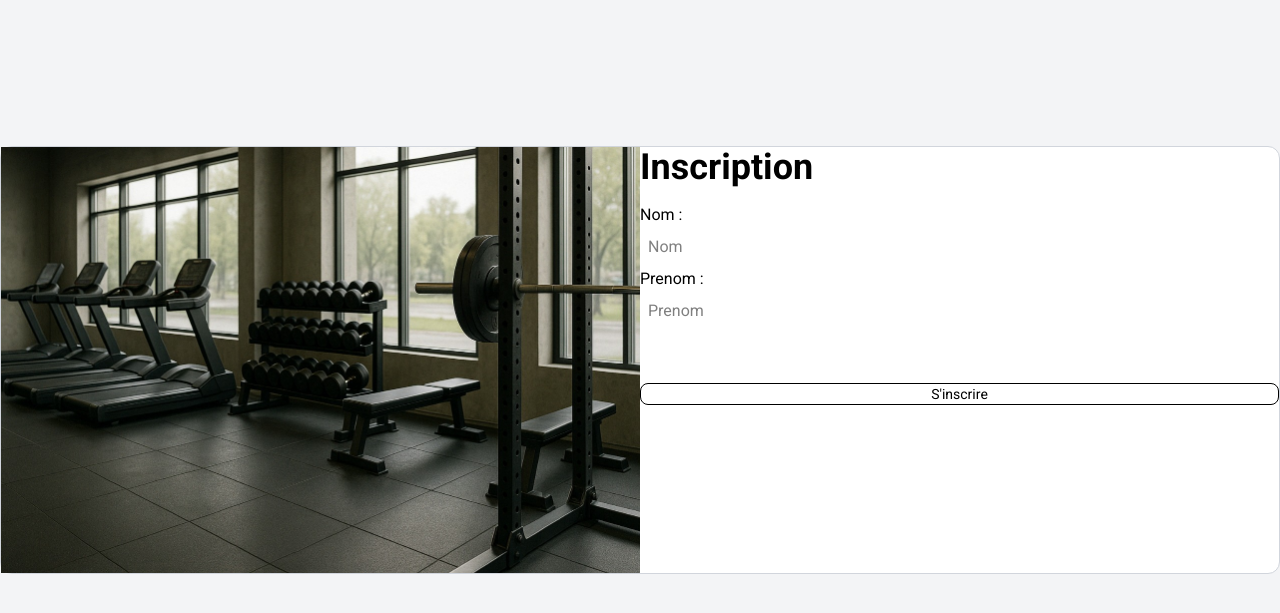
Repository: fahchouchsm/clubSportifWeb
Page: src/pages/inscription.html
The author's editor kept a copy of each file at every save. The page is drawn from the files as they stood at one save, then again after the next save.
The browser window is 1280 px wide. The pictures show the whole page.

Above is the page before, as saved 2025-04-16 19:16:30.

After the next save:
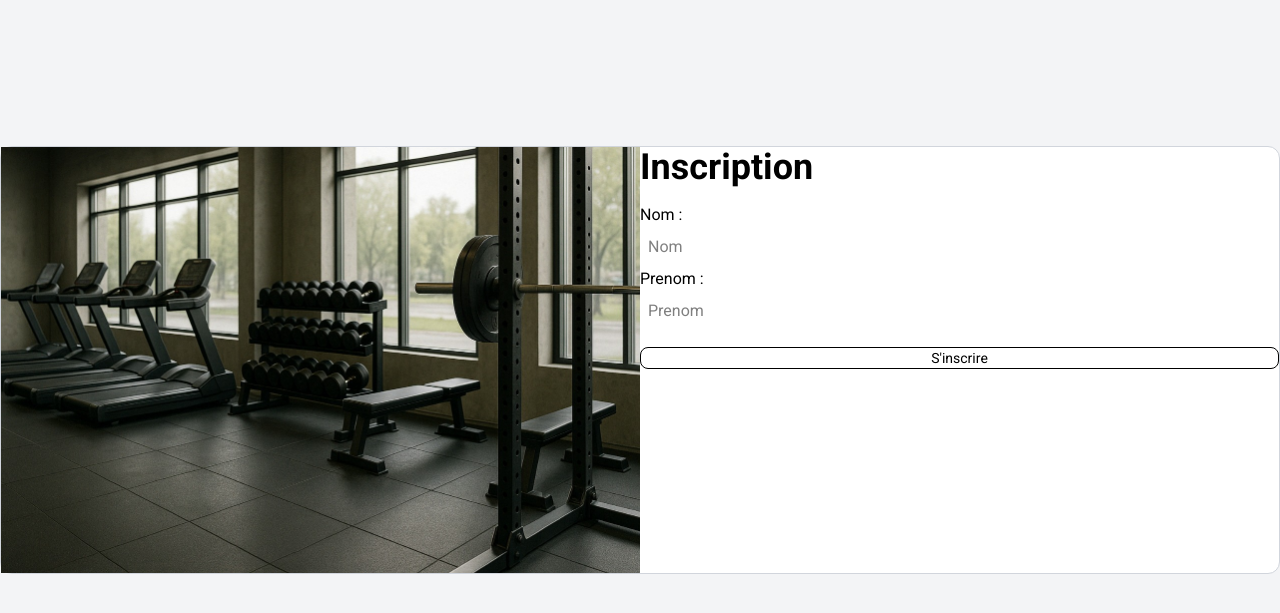
Saved 9 s later.
--- a/src/pages/inscription.html
+++ b/src/pages/inscription.html
@@ -50,12 +50,6 @@
           </div>
 
           <button
-            type="submit"
-            class="me-2 mb-2 rounded-lg bg-blue-700 px-5 py-2.5 text-sm font-medium text-white hover:bg-blue-800 focus:ring-4 focus:ring-blue-300 focus:outline-none dark:bg-blue-600 dark:hover:bg-blue-700 dark:focus:ring-blue-800"
-          >
-            Default
-          </button>
-          <button
             type="button"
             class="me-2 mb-2 rounded-lg border border-gray-200 bg-white px-5 py-2.5 text-sm font-medium text-gray-900 hover:bg-gray-100 hover:text-blue-700 focus:z-10 focus:ring-4 focus:ring-gray-100 focus:outline-none"
           >
